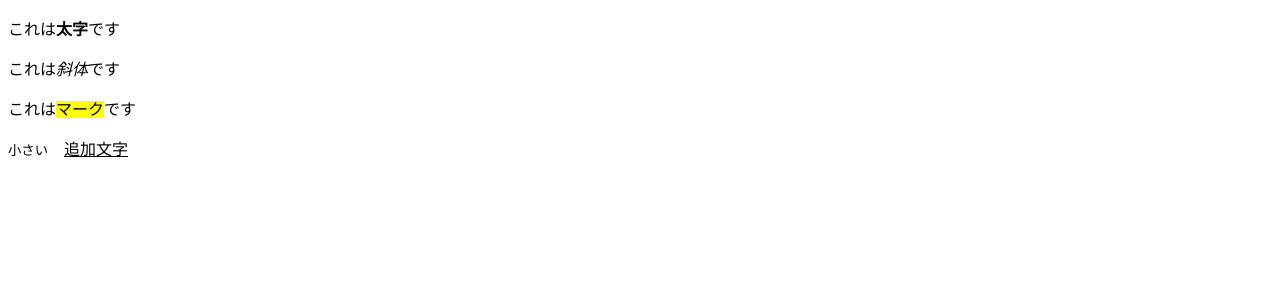
Repository: Jutta197/frontend726
Page: effect.html
The author's editor kept a copy of each file at every save. The page is drawn from the files as they stood at one save, then again after the next save.
The browser window is 1280 px wide. The pictures show the whole page.

Above is the page before, as saved 2023-07-27 10:30:00.

After the next save:
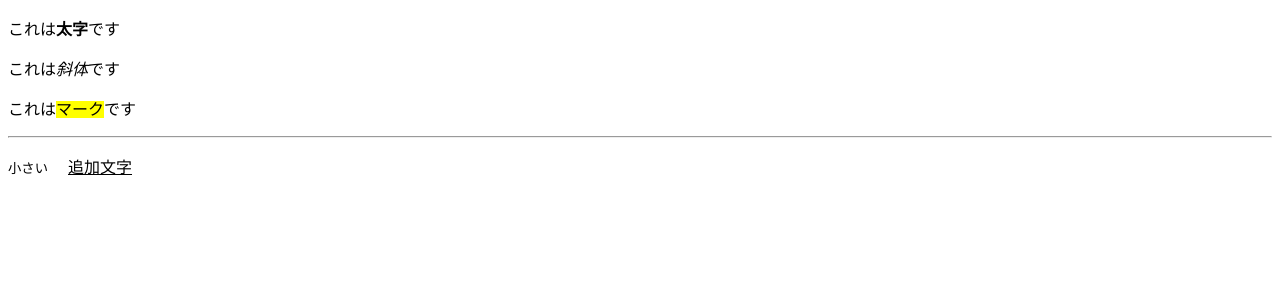
Saved 53 s later.
--- a/effect.html
+++ b/effect.html
@@ -14,7 +14,8 @@
     <!-- <p>斜体</p> -->
     <p>これは<i>斜体</i>です</p>
     <p>これは<mark>マーク</mark>です</p>
-    <p><small>小さい</small>　<ins>追加文字</ins>　</p>
+    <hr>
+    <p><small>小さい</small>&nbsp;　<ins>追加文字</ins>　</p>
     <p></p>
 
 
